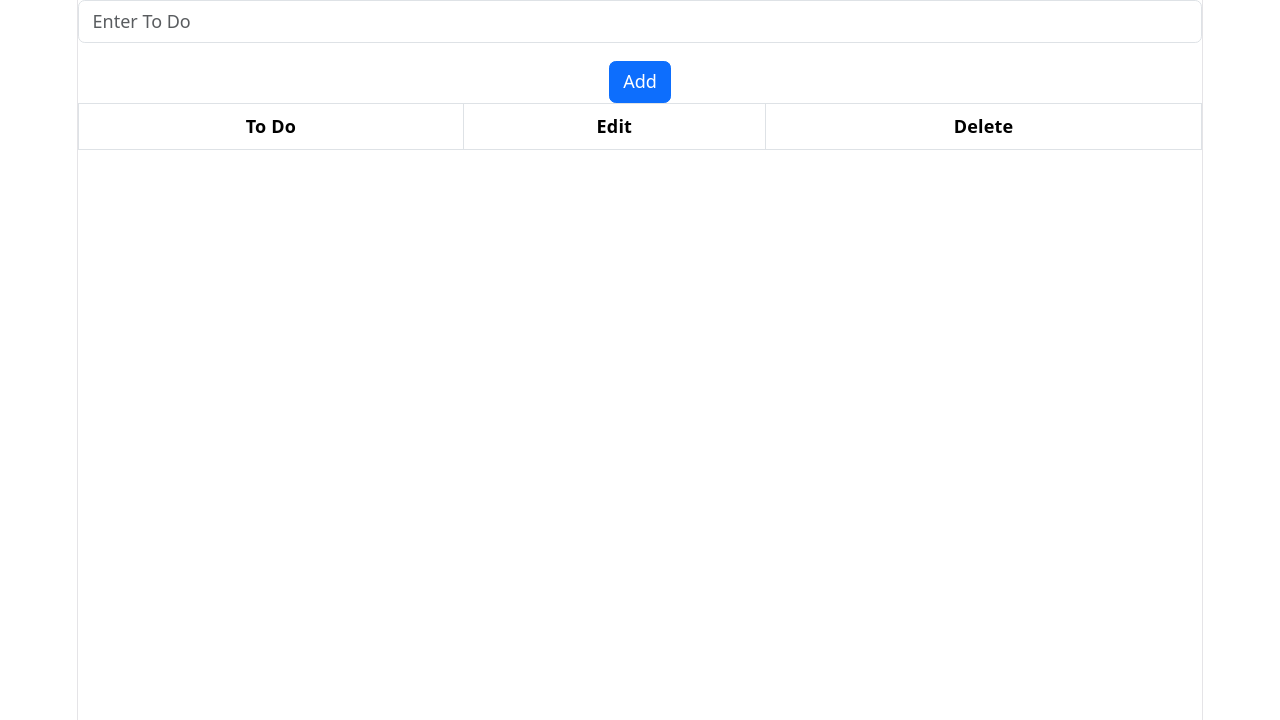
Repository: Sydwell1/ReactCourse
Page: / (app in Chapter9/react-hooks-chapter9-start/)
The author's editor kept a copy of each file at every save. The page is drawn from the files as they stood at one save, then again after the next save.
The browser window is 1280 px wide. The pictures show the whole page.
The project was rebuilt for these pictures with package versions that can differ from the ones it lists, and the page was loaded fresh each time. Requests to the local data server were answered from the project's data file. Also part of the build but not shown: Chapter9/react-hooks-chapter9-start/vite.config.js.

Above is the page before, as saved 2026-11-25 09:08:15.

After the next save:
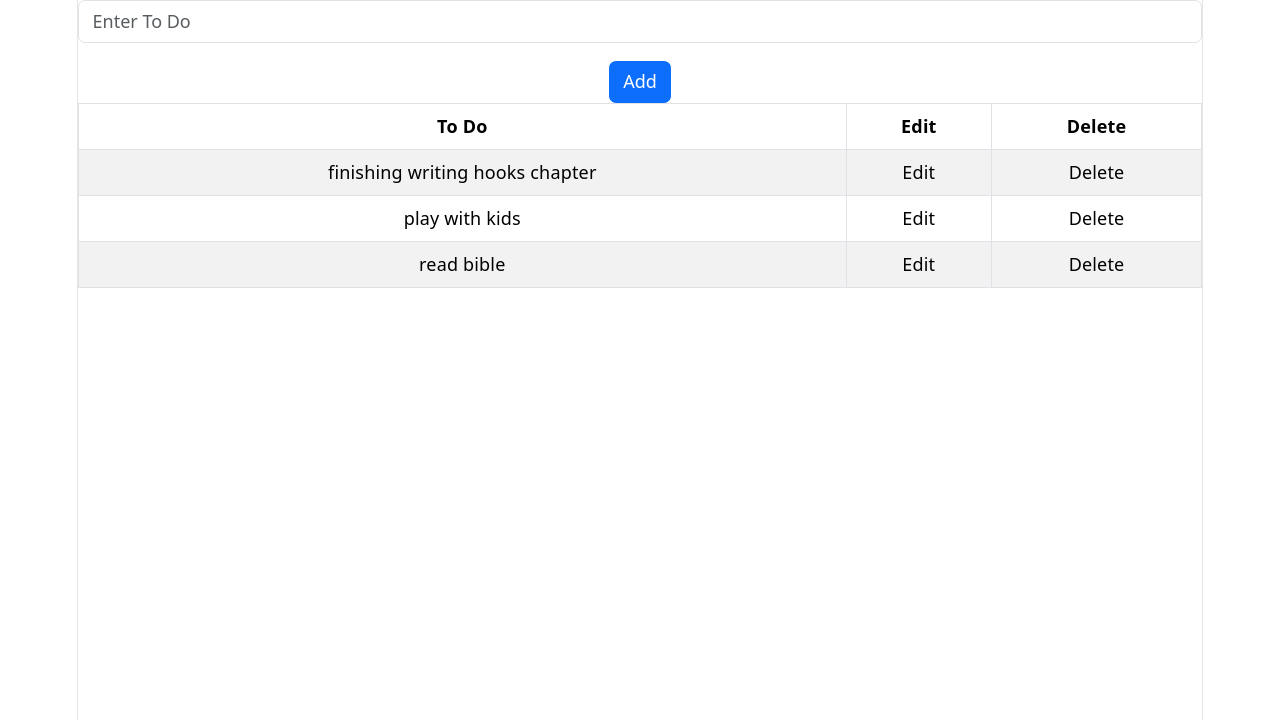
Saved 39 s later.
--- a/Chapter9/react-hooks-chapter9-start/src/App.jsx
+++ b/Chapter9/react-hooks-chapter9-start/src/App.jsx
@@ -3,7 +3,7 @@ import ToDoList from "./ToDoList";
 import { v4 as uuidv4 } from "uuid";
 
 const todosInitialState = {
-  todos: [],
+  todos: [], // the todos now come from the API
 };
 
 export const TodosContext = React.createContext();
@@ -20,6 +20,8 @@ function App() {
 
 function todosReducer(state, action) {
   switch (action.type) {
+    case "get":
+      return { ...state, todos: action.payload };
     case "add":
       const newToDo = { id: uuidv4(), text: action.payload };
       // add new todo onto array
